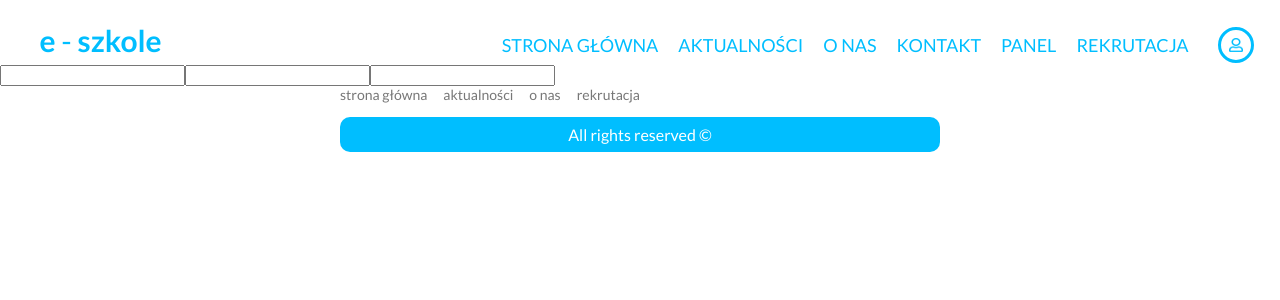
Repository: Votex874/e-szkole
Page: /kontakt (app in app/)
An editor plug-in stored every save of this project. The page is shown before and after a run of saves, followed by the edit.
The browser window is 1280 px wide. The pictures show the whole page.
The project was rebuilt for these pictures with package versions that can differ from the ones it lists, and the page was loaded fresh each time. Also part of the build but not shown: app/src/components/News/Title/index.js, app/src/components/News/Content/index.js, app/src/components/News/Avatar/index.js, app/src/components/News/Footer/index.js, app/src/components/SectionTitle/index.js, app/src/components/News/index.js, app/src/components/AboutUs/Content/index.js, app/src/components/AboutUs/index.js and 9 more.

Above is the page before, as saved 2019-02-25 20:04:38.

### app/src/index.js
import React from 'react';
import ReactDOM from 'react-dom';
import App from './App';
import * as serviceWorker from './serviceWorker';
import { createStore } from 'redux';
import { Provider } from 'react-redux';
import rootReducer from './reducers/rootReducer'

const store = createStore(rootReducer);

ReactDOM.render(<Provider store={store}><App /></Provider>, document.getElementById('root'));

// If you want your app to work offline and load faster, you can change
// unregister() to register() below. Note this comes with some pitfalls.
// Learn more about service workers: http://bit.ly/CRA-PWA
serviceWorker.unregister();

### app/src/App.js
import React, { Component } from 'react';
import { Route, BrowserRouter, Switch } from 'react-router-dom'
import './reset.scss'

import Home from './containers/Home/index'
import Login from './containers/Login/index'
import Contact from './containers/Contact/index'

class App extends Component {
  render() {
    return (
      <BrowserRouter>
        <Switch>
          <Route exact path='/' component={Home} />
          <Route path='/login' component={Login} />
          <Route path='/kontakt' component={Contact} />
        </Switch>
      </BrowserRouter>
    );
  }
}

export default App;

### app/src/reducers/rootReducer.js
const initState = {
  links: {
    home: {
      name: 'strona główna',
      url: '/',
      basic: 'true'
    },
    news: {
      name: 'aktualności',
      url: '/blog',
      basic: 'true'
    },
    about: {
      name: 'o nas',
      url: '/o-nas',
      basic: 'true'
    },
    contact: {
      name: 'kontakt',
      url: '/kontakt',
      basic: 'false'
    },
    panel: {
      name: 'panel',
      url: '/panel',
      basic: 'false'
    },
    recruitment: {
      name: 'rekrutacja',
      url: '/rekrutacja',
      basic: 'true'
    }
  },
  news: {
    1: {
      date: '24 03 2018',
      author: 'Jan Wojnicki',
      title: 'Żegnamy marzanne',
      imageName: 'news01',
      content: 'Lorem ipsum dolor sit amet, consectetur adipiscing elit. Donec sem        metus, convallis non justo ut, pharetra pulvinar justo. Morbi ac tellus           fringilla lorem eleifend convallis non sit amet nulla. Maecenas facilisis magna   at bibendum rutrum. Pellentesque maximus erat sit amet tortor pellentesque        lobortis. Nunc id tortor nibh. Maecenas pellentesque arcu erat, nec imperdiet     est luctus in. Donec congue, enim sit amet elementum tempus, nunc elit vehicula   orci, eu volutpat metus libero eu ligula. Nunc pretium lobortis metus sit amet    luctus. Ut vel felis interdum, facilisis odio in, placerat nunc. Nulla            facilisi. Phasellus bibendum vitae est sit amet vestibulum. Praesent vehicula     nunc malesuada augue gravida gravida. Sed id nisl consectetur, venenatis metus    ut, viverra justo. Sed fringilla ligula non est aliquam, quis ullamcorper mi      malesuada. Vivamus tincidunt luctus quam id porttitor.',
    },
    2: {
      date: '01 06 2018',
      author: 'Sebastian Karolski',
      title: 'Przygotowania do wakacji',
      imageName: 'news02',
      content: 'Lorem ipsum dolor sit amet, consectetur adipiscing elit. Donec sem        metus, convallis non justo ut, pharetra pulvinar justo. Morbi ac tellus           fringilla lorem eleifend convallis non sit amet nulla. Maecenas facilisis magna   at bibendum rutrum. Pellentesque maximus erat sit amet tortor pellentesque        lobortis. Nunc id tortor nibh. Maecenas pellentesque arcu erat, nec imperdiet     est luctus in. Donec congue, enim sit amet elementum tempus, nunc elit vehicula   orci, eu volutpat metus libero eu ligula. Nunc pretium lobortis metus sit amet    luctus. Ut vel felis interdum, facilisis odio in, placerat nunc. Nulla            facilisi. Phasellus bibendum vitae est sit amet vestibulum. Praesent vehicula     nunc malesuada augue gravida gravida. Sed id nisl consectetur, venenatis metus    ut, viverra justo. Sed fringilla ligula non est aliquam, quis ullamcorper mi      malesuada. Vivamus tincidunt luctus quam id porttitor.',
    },
    3: {
      date: '24 03 2018',
      author: 'Jan Wojnicki',
      title: 'Żegnamy marzanne',
      imageName: 'news01',
      content: 'Lorem ipsum dolor sit amet, consectetur adipiscing elit. Donec sem        metus, convallis non justo ut, pharetra pulvinar justo. Morbi ac tellus           fringilla lorem eleifend convallis non sit amet nulla. Maecenas facilisis magna   at bibendum rutrum. Pellentesque maximus erat sit amet tortor pellentesque        lobortis. Nunc id tortor nibh. Maecenas pellentesque arcu erat, nec imperdiet     est luctus in. Donec congue, enim sit amet elementum tempus, nunc elit vehicula   orci, eu volutpat metus libero eu ligula. Nunc pretium lobortis metus sit amet    luctus. Ut vel felis interdum, facilisis odio in, placerat nunc. Nulla            facilisi. Phasellus bibendum vitae est sit amet vestibulum. Praesent vehicula     nunc malesuada augue gravida gravida. Sed id nisl consectetur, venenatis metus    ut, viverra justo. Sed fringilla ligula non est aliquam, quis ullamcorper mi      malesuada. Vivamus tincidunt luctus quam id porttitor.',
    },
    4: {
      date: '24 03 2018',
      author: 'Jan Wojnicki',
      title: 'Żegnamy marzanne',
      imageName: 'news01',
      content: 'Lorem ipsum dolor sit amet, consectetur adipiscing elit. Donec sem        metus, convallis non justo ut, pharetra pulvinar justo. Morbi ac tellus           fringilla lorem eleifend convallis non sit amet nulla. Maecenas facilisis magna   at bibendum rutrum. Pellentesque maximus erat sit amet tortor pellentesque        lobortis. Nunc id tortor nibh. Maecenas pellentesque arcu erat, nec imperdiet     est luctus in. Donec congue, enim sit amet elementum tempus, nunc elit vehicula   orci, eu volutpat metus libero eu ligula. Nunc pretium lobortis metus sit amet    luctus. Ut vel felis interdum, facilisis odio in, placerat nunc. Nulla            facilisi. Phasellus bibendum vitae est sit amet vestibulum. Praesent vehicula     nunc malesuada augue gravida gravida. Sed id nisl consectetur, venenatis metus    ut, viverra justo. Sed fringilla ligula non est aliquam, quis ullamcorper mi      malesuada. Vivamus tincidunt luctus quam id porttitor.',
    },
    5: {
      date: '01 06 2018',
      author: 'Sebastian Karolski',
      title: 'Przygotowania do wakacji',
      imageName: 'news02',
      content: 'Lorem ipsum dolor sit amet, consectetur adipiscing elit. Donec sem        metus, convallis non justo ut, pharetra pulvinar justo. Morbi ac tellus           fringilla lorem eleifend convallis non sit amet nulla. Maecenas facilisis magna   at bibendum rutrum. Pellentesque maximus erat sit amet tortor pellentesque        lobortis. Nunc id tortor nibh. Maecenas pellentesque arcu erat, nec imperdiet     est luctus in. Donec congue, enim sit amet elementum tempus, nunc elit vehicula   orci, eu volutpat metus libero eu ligula. Nunc pretium lobortis metus sit amet    luctus. Ut vel felis interdum, facilisis odio in, placerat nunc. Nulla            facilisi. Phasellus bibendum vitae est sit amet vestibulum. Praesent vehicula     nunc malesuada augue gravida gravida. Sed id nisl consectetur, venenatis metus    ut, viverra justo. Sed fringilla ligula non est aliquam, quis ullamcorper mi      malesuada. Vivamus tincidunt luctus quam id porttitor.',
    }
  },
  list: [
    'Cieszy się dobrym zdrowiem',
    'Zawsze mówi prawdę',
    'Lubi pracę twórczą',
    'Radzi sobie z czynnościami samoobsługowymi',
    'Jest zawsze aktywny',
    'Jest radosny i uśmiechnięty',
    'Jest otwarty na otaczający go świat',
    'To dobry kolega',
    'Niesie pomoc potrzebującym',
    'Rozróźnia dobro od zła',
    'Posiada odpowiednie umiejętności i sprawności do podjęcia nauki w szkole',
  ]
}

const rootReducer = (state = initState, action) => {
  return state
}

export default rootReducer

### app/src/reset.scss
html, body, div, span, applet, object, iframe,
h1, h2, h3, h4, h5, h6, p, blockquote, pre,
a, abbr, acronym, address, big, cite, code,
del, dfn, em, img, ins, kbd, q, s, samp,
small, strike, strong, sub, sup, tt, var,
b, u, i, center,
dl, dt, dd, ol, ul, li,
fieldset, form, label, legend,
table, caption, tbody, tfoot, thead, tr, th, td,
article, aside, canvas, details, embed,
figure, figcaption, footer, header, hgroup,
menu, nav, output, ruby, section, summary,
time, mark, audio, video {
	margin: 0;
	padding: 0;
	border: 0;
	font-size: 100%;
	font: inherit;
	vertical-align: baseline;
}
/* HTML5 display-role reset for older browsers */
article, aside, details, figcaption, figure,
footer, header, hgroup, menu, nav, section {
	display: block;
}
body {
	line-height: 1;
}
ol, ul {
	list-style: none;
}
blockquote, q {
	quotes: none;
}
blockquote:before, blockquote:after,
q:before, q:after {
	content: '';
	content: none;
}
table {
	border-collapse: collapse;
	border-spacing: 0;
}
@import url('https://fonts.googleapis.com/css?family=Lato:300,300i,400,400i,700&amp;subset=latin-ext');

 body {
	font-family: 'Lato', sans-serif;
 }

 a{
	 text-decoration: none;
 }

### app/src/containers/Contact/index.js
import React, { Component } from 'react'
import styled from 'styled-components'

import HeaderMain from '../../components/HeaderMain/index';
import Footer from '../../components/Footer/index'
import Form from '../../components/Form/index'

class Contact extends Component {
  render(){
    return (
      <React.Fragment>
        <HeaderMain />
        <Form />
        <Footer />
      </React.Fragment>
    )
  }
}

export default Contact

### app/src/components/HeaderMain/index.js
import React, { Component } from 'react';
import styled from 'styled-components'
import Logo from '../Logo/index'
import Navigation from '../Nav/index'
import Hamburger from '../Hamburger/index'

const Header = styled.header`
 max-width: 1400px;
 height: 100px;
 margin: 0 auto;
 display: flex;
 justify-content: space-between;
 align-items: center;
 box-sizing: border-box;
 margin-top: 15px;
 @media (max-width: 1400px){
   width: 96%;
   height: 50px;
   align-items: center;
 }
`

class HeaderMain extends Component {
  constructor(props){
    super(props)

    this.state = {
      width: 0
    }
  }

  componentDidMount = () => {
    this.updateWindowDimensions();
    window.addEventListener('resize', this.updateWindowDimensions);
  }

  componentWillUnmount = () => {
    window.removeEventListener('resize', this.updateWindowDimensions);
  }

  updateWindowDimensions = () => {
    this.setState({ width: window.innerWidth });
  }

  render() {
    const { width } = this.state;
    return (
      <Header>
        <Logo />
        { width <= 767 ? <Hamburger /> : <Navigation /> }
      </Header>
    );
  }
}

export default HeaderMain;

### app/src/components/Footer/index.js
import React, { Component } from 'react'
import styled from 'styled-components'
import FooterNav from './FooterNav/index'
import { lightBlue } from '../../constColors'

const FooterContainer = styled.footer`
  width: 600px;
  margin: 0 auto;
  @media (max-width: 767px){
    width: 100%;
  }
`

const FooterBanner = styled.div`
  background-color: ${lightBlue};
  display: flex;
  justify-content: center;
  align-items: center;
  color: #fff;
  margin: 15px auto;
  height: 35px;
  border-radius: 10px;
  @media (max-width: 767px){
    width: 100%;
    border-radius: 0;
  }
`

class Footer extends Component {
  render(){
    return (
      <FooterContainer>
        <FooterNav />
        <FooterBanner>All rights reserved &copy; </FooterBanner>
      </FooterContainer>
    )
  }
}


export default Footer

### app/src/components/Form/index.js
import React, { Component } from 'react'
import styled from 'styled-components'

import Input from './Input/index'

const FormContainer = styled.form`
  display: flex;
  flex-direction: column;
`

class Form extends Component{
  render(){
    return (
      <React.Fragment>
        <Input/>
        <Input/>
        <Input/>
      </React.Fragment>
    )
  }
}

export default Form

### app/src/components/Logo/index.js
import React, { Component } from 'react';
import styled from 'styled-components'
import { shineOnHover, lightBlue } from '../../constColors'
import { Link } from 'react-router-dom'

const Alink = styled.span`
  display: flex;
  flex-direction: column;
  justify-content: center;
  align-items: center;
  width: 225px;
  padding: 0 10px;
  text-decoration: none;
  font-size: 50px;
  @media (max-width: 767px) {
    width: 150px;
    height: auto;
    font-size: 28px;
    align-items: flex-start;
    justify-content: flex-start;
    padding: 0;
  }
  @media (min-width: 768px) and (max-width: 1400px) {
    width: 150px;
    font-size: 30px;
    padding: 0;
  }
  @media (min-width: 1401px){
    ${shineOnHover}
  }
`
const Span = styled.h1`
  color: ${lightBlue};
  transition: .2s;
`
const Bold = styled.b`
  font-weight: bold;
`

class Logo extends Component {
  constructor(props){
    super(props)

    this.state = {
      logoLink: '/'
    }
  }
  render() {
    const { logoLink } = this.state;
    return (
      <Link to={logoLink}>
        <Alink>
          <Span id='logo' className="logo2"><Bold>e</Bold> - <Bold>szkole</Bold></Span>
        </Alink>
      </Link>
    );
  }
}

export default Logo;

### app/src/components/Nav/index.js
import React, { Component } from 'react';
import { connect } from 'react-redux'
import styled from 'styled-components'
import SingleLink from './Link/index'
import LoginButton from './../LoginButton/index';


const Nav = styled.nav`
  display: flex;
  margin: 10px 20px 0 auto;
  @media (max-width: 767px){
    flex-direction: column;
    margin: 120px 0 0 0;
  }
`

class Navigation extends Component {

  handleEnableScroll = () => {
    document.querySelector('body').style.overflow = "auto";
  }

  render() {
    const { links } = this.props;
    let listOfLinks = [];
    let i = 0;
    for (const key of Object.keys(links)) {
      // console.log(key, links[key]);
      listOfLinks[i] = <SingleLink onClick={this.handleEnableScroll} data={links[key]} key={key} />
      i++;
    }
    return (
      <React.Fragment>
        <Nav>
          {listOfLinks}
        </Nav>
        <LoginButton />
      </React.Fragment>
    );
  }
}

const mapStateToProps = (state) => {
  return {
    links: state.links
  }
}

export default connect(mapStateToProps)(Navigation);

### app/src/components/Hamburger/index.js
import React, { Component } from 'react';
import styled from 'styled-components'
import hamburgerImg from '../../images/icons/hamburger.png'
import times from '../../images/icons/times.png'
import Navigation from '../Nav/index'

const Hamburger = styled.div`
  width: 40px;
  height: 40px;
`

const HamburgerImg = styled.img`
  width: 100%;
  height: 100%;
  opacity: 1;
  transition: .4s;
  position: relative;
  z-index: 10;
`

const MobileContainer = styled.div`
  position: absolute;
  display: flex;
  flex-direction: column-reverse;
  top: 0;
  left: 0;
  width: 100vw;
  height: 100vh;
  background-color: #fff;
  opacity: .9;
  z-index: 1;
  transition: .3s;
`

class Hambuger extends Component {
  constructor(props){
    super(props)

    this.body = document.querySelector('body');

    this.state = {
      imgAlt: 'hamburgerMenuIcon',
      imgSrc: hamburgerImg,
      fade: 1,
      displayMobile: 'none'
    }
  }

  handleHamburger = () => {
    const { imgSrc } = this.state;
    setTimeout( () => {
      if (imgSrc !== hamburgerImg) {
        this.body.style.overflow = "auto";
        this.setState({
          imgSrc: hamburgerImg,
          displayMobile: 'none',
          fade: 1
        })
      } else {
        this.body.style.overflow = "hidden";
        this.setState({
          imgSrc: times,
          displayMobile: 'block',
          fade: 1
        })
      }
    }, 400)
    this.setState({
      fade: 0
    })
  }

  render() {
    const { imgAlt, imgSrc, fade, displayMobile } = this.state
    return (
      <Hamburger>
        <HamburgerImg style={{opacity: fade}} src={imgSrc} alt={imgAlt} onClick={this.handleHamburger}/>
        <MobileContainer style={{display: displayMobile}}>
          <Navigation />
        </MobileContainer>
      </Hamburger>
    );
  }
}


export default Hambuger;

### app/src/components/Footer/FooterNav/index.js
import React, { Component } from 'react'
import styled from 'styled-components'
import NavLink from './NavLink/index'
import { connect } from 'react-redux'

const NavContainer = styled.nav`
  display: flex;
  justify-content: space-between;
  width: 50%;
  @media (max-width: 767px){
    width: 90%;
    margin: 0 auto;
  }
`

class FooterNav extends Component {
  constructor(props){
    super(props)

    this.state = {
      nav: []
    }
  }
  componentDidMount = () => {
    const { links } = this.props
    let listOfNavs = [];
    let i = 0;
    for (const key of Object.keys(links)) {
      if(links[key].basic === 'true'){
        listOfNavs[i] =
          <NavLink name={links[key].name} url={links[key].url} key={key} />
        i++;
      }
    }
    this.setState({
      nav: listOfNavs
    })
  }

  render(){
    const { nav } = this.state;
    return(
      <NavContainer>
        {nav}
      </NavContainer>
    )
  }
}

const mapStateToProps = (state) => {
  return {
    links: state.links
  }
}

export default connect(mapStateToProps)(FooterNav);

### app/src/constColors.js
const brown = '#BF5000';
const greenDark = '#008723';
const greenLight = '#34BD56';
const lightBlue = '#00BEFF';
const turquoise = '#fff';
const darkBlue = '#0057AE';

const shineOnHover = `
position: relative;
    overflow: hidden;
    display: inline-block;
    border-radius: 5px;
    text-align: center;
    line-height: 50px;

  &:after {
    content: "";
    position: absolute;
    top: -110%;
    left: -210%;
    width: 200%;
    height: 200%;
    opacity: 0;
    /* transform: rotate(30deg); */

    background: rgba(0, 190, 255, 0.13);
    background: linear-gradient(
      to right,
      rgba(0, 190, 255, 0.13) 0%,
      rgba(0, 190, 255, 0.13) 77%,
      rgba(0, 190, 255, 0.5) 92%,
      rgba(0, 190, 255, 0.0) 100%
    );
  }

  &:hover:after {
    opacity: 1;
    top: -30%;
    left: -30%;
    transition-property: left, top, opacity;
    transition-duration: 0.7s, 0.7s, 0.15s;
    transition-timing-function: ease;
  }


  &:active:after {
    opacity: 0;
  }
`

export { brown, greenLight, greenDark, lightBlue, shineOnHover, turquoise, darkBlue }

### app/src/components/Form/Input/index.js
import React, { Component } from 'react'
import styled from 'styled-components'

const LabelElement = styled.label`

`

const InputElement = styled.input`

`

class Input extends Component {
  render() {
    return (
      <LabelElement>
        <InputElement />
      </LabelElement>
    )
  }
}

export default Input

### app/src/components/Nav/Link/index.js
import React from 'react';
import styled from 'styled-components'
import { shineOnHover, lightBlue } from '../../../constColors'
import { Link } from 'react-router-dom'

const Alink = styled.span`
  text-decoration: none;
  color: ${lightBlue};
  margin: 10px 0;
  padding: 0 12px;
  font-size: 20px;
  text-transform: uppercase;
  text-align: center;

  @media (max-width: 767px){
    font-size: 24px;
    display: flex;
    justify-content: center;
    align-items: center;
  }
  @media (min-width: 768px) and (max-width: 1050px){
    font-size: 14px;
    margin: 10px 0;
    padding: 4px;
  }
  @media (min-width: 1051px) and (max-width: 1400px){
    font-size: 18px;
    margin: 10px 0;
    padding: 0 10px;
  }
  @media (min-width: 1401px){
    ${shineOnHover}
}
`

const SingleLink = ({ data }) => {
  return (
    <Link to={data.url}>
      <Alink>
        {data.name}
      </Alink>
    </Link>
  )
}

export default SingleLink;

### app/src/components/LoginButton/index.js
import React, { Component } from 'react';
import styled from 'styled-components'
import imgUser from '../../images/icons/loginUser.png'
import { shineOnHover, lightBlue } from '../../constColors'
import { Link } from 'react-router-dom'

const ButtonAlink = styled.span`
  width: 160px;
  height: 30px;
  font-size: 14px;
  text-transform: uppercase;
  font-weight: bold;
  text-decoration: none;
  display: flex;
  justify-content: center;
  align-items: center;
  border-radius: 20px;
  border: 3px solid ${lightBlue};
  margin-top: 10px;
  @media (max-width: 767px){
    position: absolute;
    top: 15px;
    left: 10px;
    width: 220px;
    height: 40px;
    font-size: 24px;
  }
  @media (min-width: 768px) and (max-width: 1400px){
    width: 30px;
  }
  @media (min-width: 1401px){
    ${shineOnHover}
    border-radius: 20px;
    line-height: normal;
    display: flex;
  }
`

const IconImg = styled.img`
  background-position: center;
  background-size: cover;
  background-repeat: no-repeat;
  margin-left: 15px;
  width: 14px;
  height: 14px;
  @media (max-width: 767px){
    width: 26px;
    height: 26px;
  }
  @media (min-width: 768px) and (max-width: 1400px){
    margin-left: 0;
  }
`
const SpanText = styled.span`
  color: ${lightBlue};
  @media (min-width: 768px) and (max-width: 1400px){
    display: none;
  }
`

class LoginButton extends Component {
  constructor(props){
    super(props)

    this.state = {
      loginLink: '/login'
    }
  }

  handleEnableScroll = () => {
    document.querySelector('body').style.overflow = "auto";
  }

  render() {
    const { loginLink } = this.state;
    return (
      <Link onClick={this.handleEnableScroll} to={loginLink} >
        <ButtonAlink>
          <SpanText>zaloguj się</SpanText>
          <IconImg src={imgUser} />
        </ButtonAlink>
      </Link>
    );
  }
}

export default LoginButton;

### app/src/components/Footer/FooterNav/NavLink/index.js
import React from 'react'
import styled from 'styled-components'
import { Link } from 'react-router-dom'

const Alink = styled.span`
  text-decoration: none;
  font-size: 14px;
  color: #777;
  @media (max-width: 767px){
    font-size: 12px;
  }
  @media (min-width: 768px) and (max-width: 1400px){
    font-size: 14px;
  }
`


const NavLink = ({ name, url }) => {
  return (
    <Link to={url}>
      <Alink>{name}</Alink>
    </Link>
  )
}

export default NavLink

Loaded but not shown: app/public/index.html (common file); app/src/serviceWorker.js (common file)

After the next 2 saves:
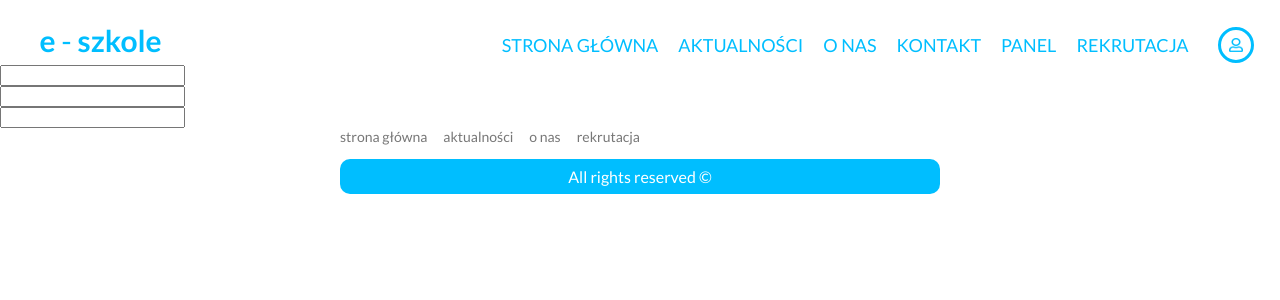
The 2 saves are shown as one change because 1 did not build or start.
The last was saved 25 s later.
--- a/app/src/components/Form/index.js
+++ b/app/src/components/Form/index.js
@@ -11,11 +11,11 @@ const FormContainer = styled.form`
 class Form extends Component{
   render(){
     return (
-      <React.Fragment>
+      <FormContainer>
         <Input/>
         <Input/>
         <Input/>
-      </React.Fragment>
+      </FormContainer>
     )
   }
 }
